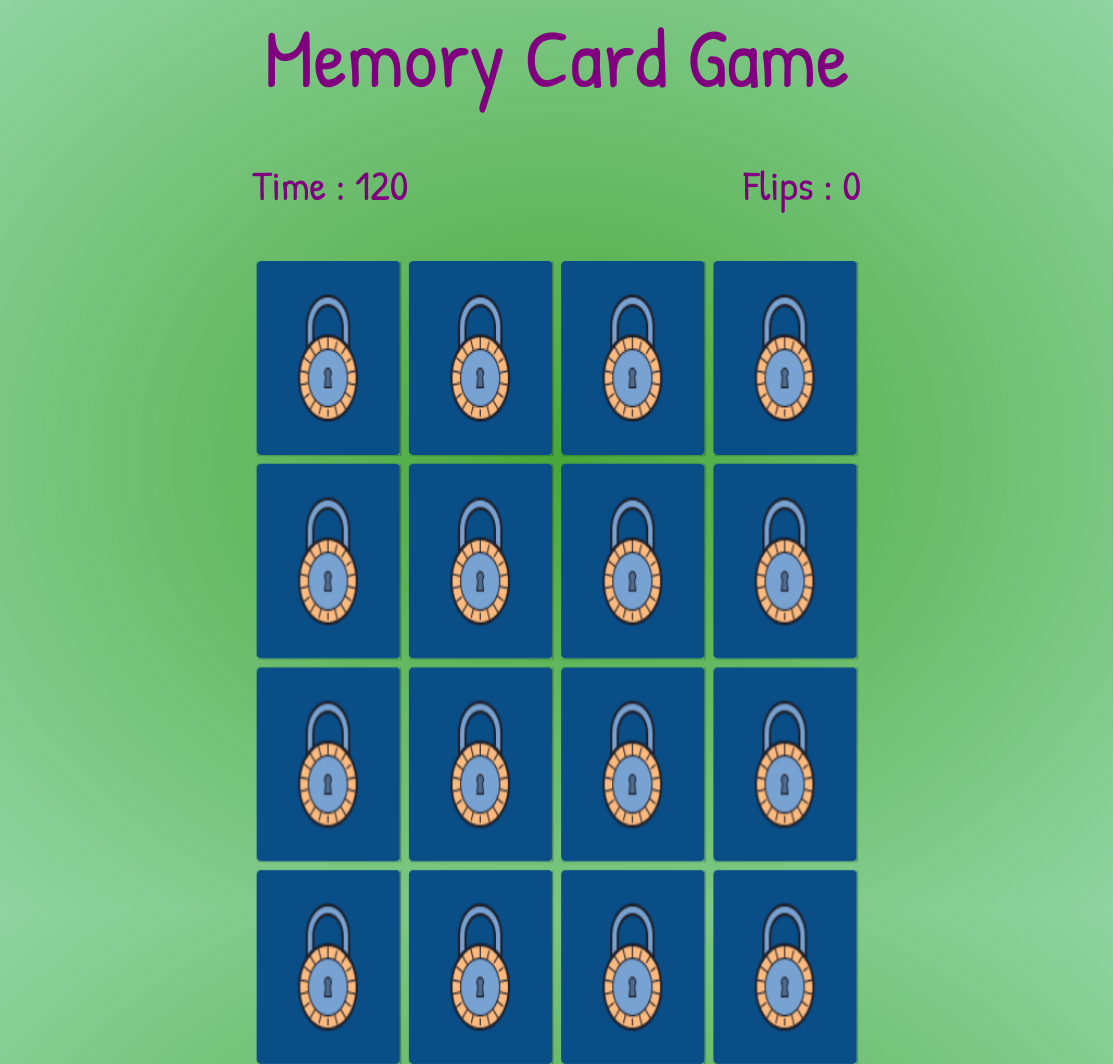
Repository: claudiadanaila1/Project-2--Interactive-FrontEnd---Memory-game
Page: index.html
The author's editor kept a record of every edit. The page is drawn from the files as they stood at one moment, then again after the next edit.
The browser window is 1280 px wide. The pictures show the whole page, at 87% of full size.

Above is the page before.

After the next edit:
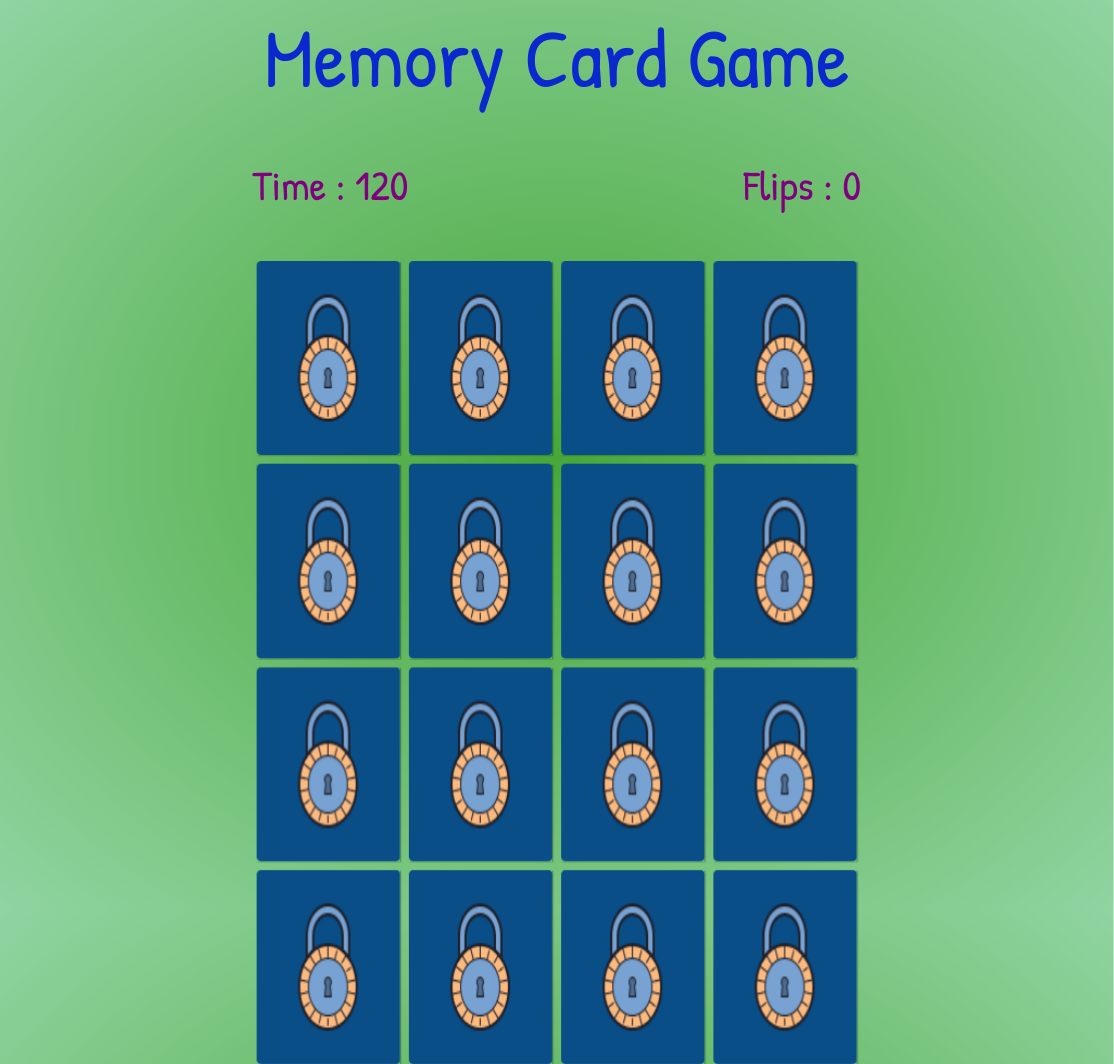
The edit:
--- a/css/style.css
+++ b/css/style.css
@@ -23,7 +23,7 @@
     font-size: 6em;
     text-align: center;
     font-weight: normal;
-    color:purple;
+    color:#0a28ce;
 }
 
 .game-info-container {
